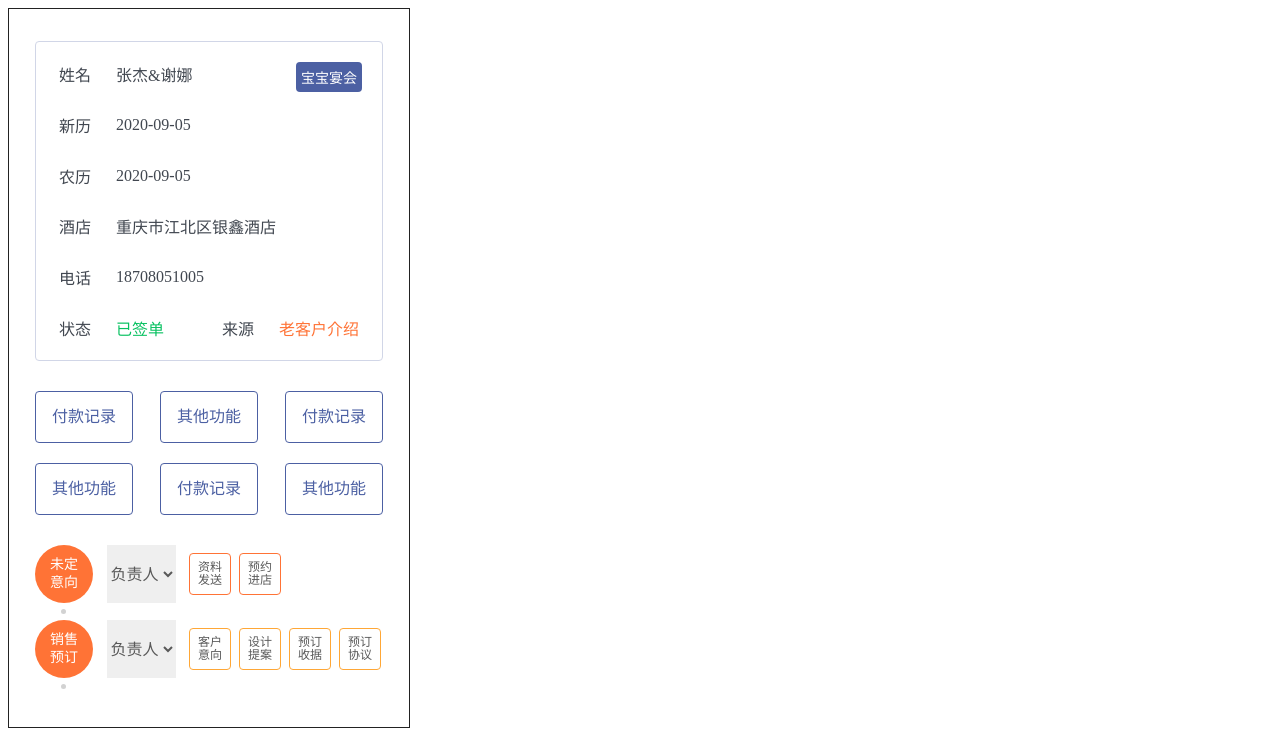
Repository: Lairuola/wedding-1
Page: index.html
These files come from the project's save history. The page is drawn as it stood at one moment and after the next save; the edit follows.
The browser window is 1280 px wide. The pictures show the whole page.

Above is the page before, as saved 2020-12-17 14:43:09.

### index.html
<!--
 * @Author       : 濑若拉
 * @Date         : 2020-12-17 10:22:14
 * @LastEditors  : 濑若拉
 * @LastEditTime : 2020-12-17 14:43:09
 * @FilePath     : /slidebar/index.html
-->


<!DOCTYPE html>
<html lang="en">

<head>
  <meta charset="UTF-8">
  <meta name="viewport" content="width=device-width, initial-scale=1.0">
  <title>Document</title>
  <style>
    .slide-left {
      width: 402px;
      height: 100vh;
      box-sizing: border-box;
      padding: 32px 26px;
      overflow-y: auto;
      display: flex;
      flex-direction: column;
      align-items: center;
      border: 1px solid #222;
    }

    .info {
      width: 100%;
      height: 328px;
      display: flex;
      flex-direction: column;
      justify-content: space-between;
      padding: 20px 23px;
      position: relative;
      box-sizing: border-box;
      border-radius: 4px;
      border: solid 1px #d1d6e7;
    }

    .info .row {
      width: 100%;
      display: flex;
      font-size: 16px;
      color: #414750;
      flex-direction: row;
      align-items: center;
    }

    .info .row .label,
    .info .end-row .item .label {
      margin-right: 25px;
    }

    .info .end-row {
      width: 100%;
      display: flex;
      flex-direction: row;
      align-items: center;
      justify-content: space-between;
      font-size: 16px;
      color: #414750;
    }

    .info .end-row .item {
      display: flex;
      flex-direction: row;
      align-items: center;
      font-size: 16px;
      color: #414750;
    }

    .info .info-tag {
      padding: 5px;
      background-color: #4c60a3;
      border-radius: 4px;
      font-size: 14px;
      color: #fff;
      position: absolute;
      top: 20px;
      right: 20px;
    }

    .btn-area {
      width: 100%;
      display: flex;
      flex-direction: row;
      align-items: center;
      justify-content: space-between;
      flex-wrap: wrap;
      margin-top: 10px;
      margin-bottom: 30px;
    }

    .btn-area .btn {
      width: 96px;
      height: 50px;
      background-color: #ffffff;
      border-radius: 4px;
      border: solid 1px #4c60a3;
      font-size: 16px;
      color: #4c60a3;
      text-align: center;
      line-height: 50px;
      margin-top: 20px;
    }

    .bot-area {
      width: 100%;
      display: flex;
      flex-direction: column;
    }

    .bot-area .item {
      width: 100%;
      display: flex;
      flex-direction: row;
      position: relative;
      padding-bottom: 17px;
    }

    .bot-area .item .circle {
      width: 58px;
      height: 58px;
      color: #fff;
      border-radius: 100%;
      display: flex;
      align-items: center;
      justify-content: center;
    }

    .bot-area .item .circle .text {
      width: 28px;
      height: 36px;
      font-size: 14px;
      line-height: 18px;
    }

    .bot-area .item .select-wrap {
      width: 96px;
      text-align: center;
    }

    .bot-area .item .select-wrap .bot-select {
      border: none;
      outline: none;
      color: #595959;
      font-size: 16px;
      height: 58px;
    }

    .bot-area .item .btn-row {
      flex: 1;
      display: flex;
      flex-direction: row;
      flex-wrap: wrap;
      margin-right: -8px;
    }

    .bot-area .item .btn-row .btn {
      width: 40px;
      height: 40px;
      border-radius: 4px;
      margin-right: 8px;
      border: 1px solid;
      display: flex;
      align-items: center;
      justify-content: center;
      margin-top: 8px;
      color: #595959;
    }

    .bot-area .item .btn-row .btn .word {
      width: 24px;
      height: 26px;
      font-size: 12px;
      line-height: 13px;
      letter-spacing: 0px;
    }

    .bot-area .item .dot {
      width: 5px;
      height: 5px;
      background-color: #d2d2d2;
      border-radius: 100%;
      position: absolute;
      bottom: 6px;
      left: 26px;
    }

    .bot-area .item .btn-row .btn.orange {
      border-color: #ff7336;
    }

    .bot-area .item .btn-row .btn.orange:hover {
      background-color: #ff7336;
      color: #fff;
    }

    .bot-area .item .btn-row .btn.yellow {
      border-color: #ffa736;
    }

    .bot-area .item .btn-row .btn.yellow:hover {
      background-color: #ffa736;
      color: #fff;
    }

    .color-green {
      color: #07c160
    }

    .color-orange {
      color: #ff7336;
    }

    .bg-color-red {
      background-color: #ff7336;
    }
  </style>
</head>

<body>
  <div class="slide-left">
    <!-- 资料 -->
    <div class="info">
      <div class="row">
        <div class="label">姓名</div>
        <div class="content">张杰&谢娜</div>
      </div>
      <div class="row">
        <div class="label">新历</div>
        <div class="content">2020-09-05</div>
      </div>
      <div class="row">
        <div class="label">农历</div>
        <div class="content">2020-09-05</div>
      </div>
      <div class="row">
        <div class="label">酒店</div>
        <div class="content">重庆市江北区银鑫酒店</div>
      </div>
      <div class="row">
        <div class="label">电话</div>
        <div class="content">18708051005</div>
      </div>
      <div class="end-row">
        <div class="item">
          <div class="label">状态</div>
          <div class="content color-green">已签单</div>
        </div>
        <div class="item">
          <div class="label">来源</div>
          <div class="content color-orange">老客户介绍</div>
        </div>
      </div>
      <!-- tag -->
      <div class="info-tag">宝宝宴会</div>
    </div>
    <!-- btn-area -->
    <div class="btn-area">
      <div class="btn">付款记录</div>
      <div class="btn">其他功能</div>
      <div class="btn">付款记录</div>
      <div class="btn">其他功能</div>
      <div class="btn">付款记录</div>
      <div class="btn">其他功能</div>
    </div>
    <!-- bot-area -->
    <div class="bot-area">
      <div class="item">
        <div class="circle bg-color-red">
          <div class="text">未定意向</div>
        </div>
        <div class="select-wrap">
          <select class='bot-select' name="" id="">
            <option value="">负责人</option>
          </select>
        </div>
        <div class="btn-row">
          <div class="btn orange">
            <div class="word">资料发送</div>
          </div>
          <div class="btn orange">
            <div class="word">预约进店</div>
          </div>
        </div>
        <div class="dot"></div>
      </div>
      <div class="item">
        <div class="circle bg-color-red">
          <div class="text">销售预订</div>
        </div>
        <div class="select-wrap">
          <select class='bot-select' name="" id="">
            <option value="">负责人</option>
          </select>
        </div>
        <div class="btn-row">
          <div class="btn yellow">
            <div class="word">客户意向</div>
          </div>
          <div class="btn yellow">
            <div class="word">设计提案</div>
          </div>
          <div class="btn yellow">
            <div class="word">预订收据</div>
          </div>
          <div class="btn yellow">
            <div class="word">预订协议</div>
          </div>
        </div>
        <div class="dot"></div>
      </div>
    </div>
  </div>
</body>

</html>

After the next save:
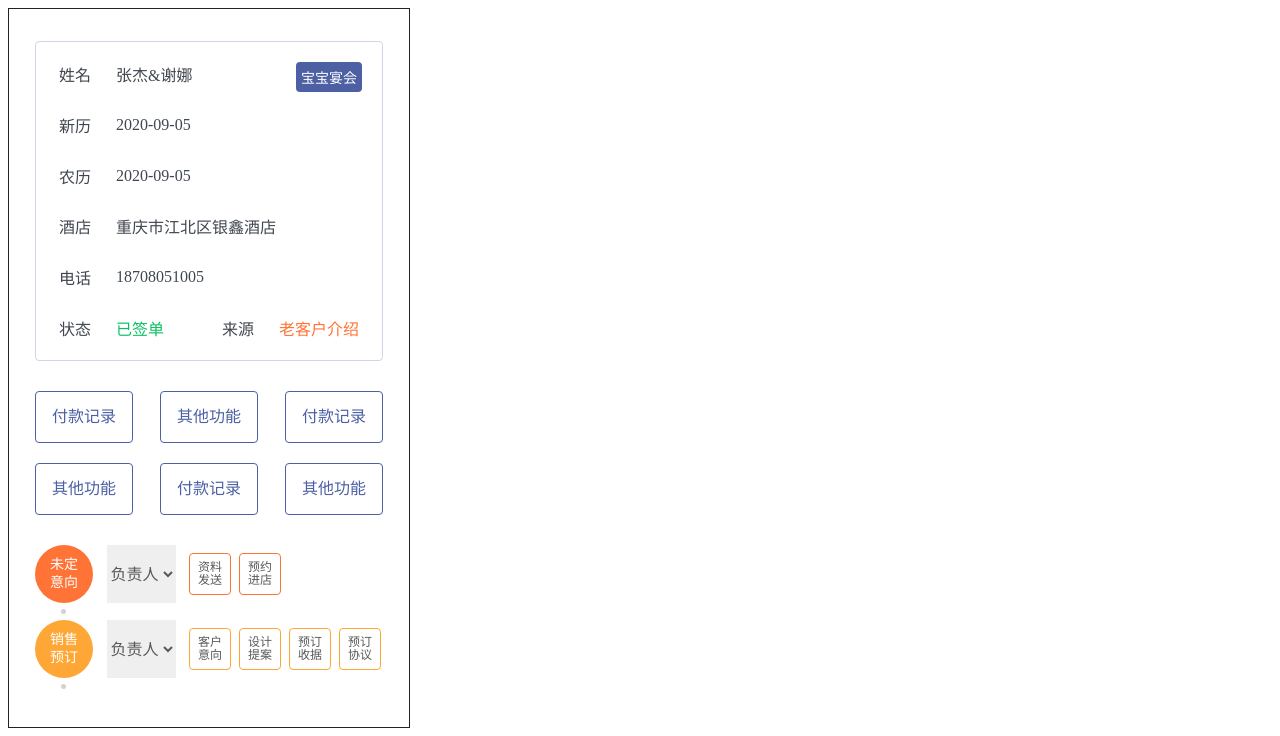
Saved 39 s later.
--- a/index.html
+++ b/index.html
@@ -2,7 +2,7 @@
  * @Author       : 濑若拉
  * @Date         : 2020-12-17 10:22:14
  * @LastEditors  : 濑若拉
- * @LastEditTime : 2020-12-17 14:43:09
+ * @LastEditTime : 2020-12-17 14:43:48
  * @FilePath     : /slidebar/index.html
 -->
 
@@ -218,6 +218,10 @@
 
     .bg-color-red {
       background-color: #ff7336;
+    }
+
+    .bg-color-yellow {
+      background-color: #ffa736;
     }
   </style>
 </head>
@@ -290,7 +294,7 @@
         <div class="dot"></div>
       </div>
       <div class="item">
-        <div class="circle bg-color-red">
+        <div class="circle bg-color-yellow">
           <div class="text">销售预订</div>
         </div>
         <div class="select-wrap">
